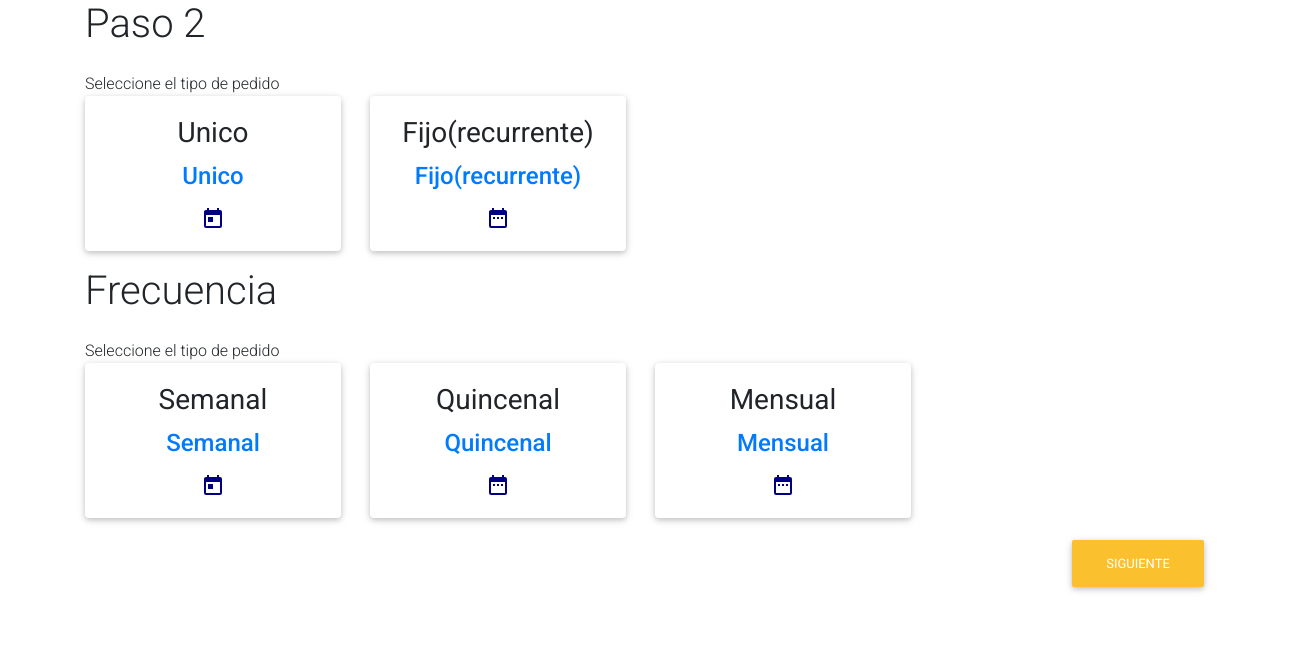
Repository: albertotorresfoltyn/e-commerce-front
Page: /step2
These files come from the project's save history. The page is drawn as it stood at one moment and after the next save; the edit follows.
The browser window is 1280 px wide. The page is 1295 px wide, so the pictures cover 1295 px, including what lies to the right of the window. The pictures show the whole page.
The project was rebuilt for these pictures with package versions that can differ from the ones it lists, and the page was loaded fresh each time. Also part of the build but not shown: src/config.js, src/auth/index.js, src/core/Menu.js, src/core/apiCore.js, src/core/ShowImage.js, src/core/Card.js, src/core/Search.js, src/core/BannerTop.js and 20 more.

Above is the page before, as saved 2020-01-15 15:20:04.

After the next save:
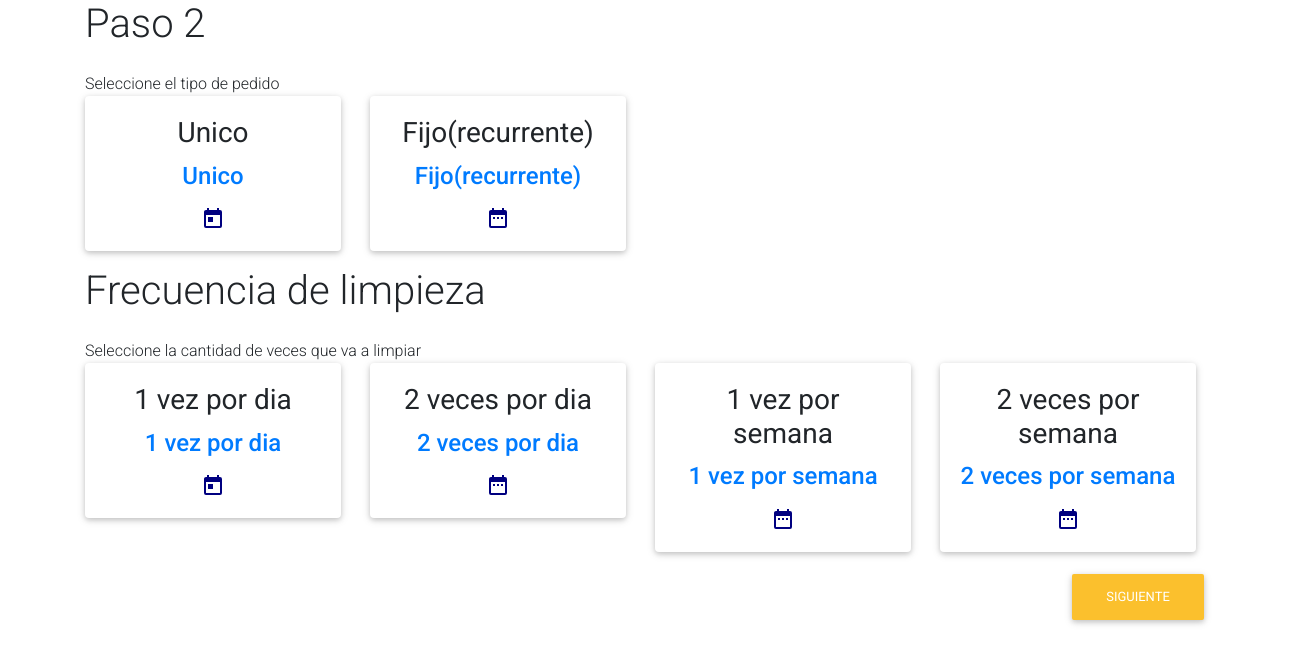
Saved 2 h 17 min later.
--- a/src/core/Step2.js
+++ b/src/core/Step2.js
@@ -3,7 +3,7 @@ import PlaceCard from './PlaceCard'
 import { MDBBtn } from "mdbreact";
 
 const kindOfRecurrence = {category:'kindOfRecurrence',values:[{ _id: 'fuck it', name: 'Unico', icon: 'mdiCalendarToday' }, { _id: 'all', name: 'Fijo(recurrente)', icon: 'mdiCalendarRange' }]};
-const frequency = {category:'frequency',values:[{ _id: 'weekly', name: 'Semanal', icon: 'mdiCalendarToday' }, { _id: 'every15', name: 'Quincenal', icon: 'mdiCalendarRange' }, { _id: 'monthly', name: 'Mensual', icon: 'mdiCalendarRange' }]};
+const frequency = {category:'frequency',values:[{ _id: 'daily', name: '1 vez por dia', icon: 'mdiCalendarToday' }, { _id: 'twiceaday', name: '2 veces por dia', icon: 'mdiCalendarRange' }, { _id: 'weekly', name: '1 vez por semana', icon: 'mdiCalendarRange' }, { _id: 'weekly2', name: '2 veces por semana', icon: 'mdiCalendarRange' }]};
 
 function getInitialState() {
   const result = [];
@@ -57,8 +57,8 @@ const Step2 = ({ history }) => {
             )
           }
         </div>
-        <h1 className="mb-4">Frecuencia</h1>
-        <span>Seleccione el tipo de pedido</span>
+        <h1 className="mb-4">Frecuencia de limpieza</h1>
+        <span>Seleccione la cantidad de veces que va a limpiar</span>
         <div className="row">
           {
             frequency.values.map((period) => {
